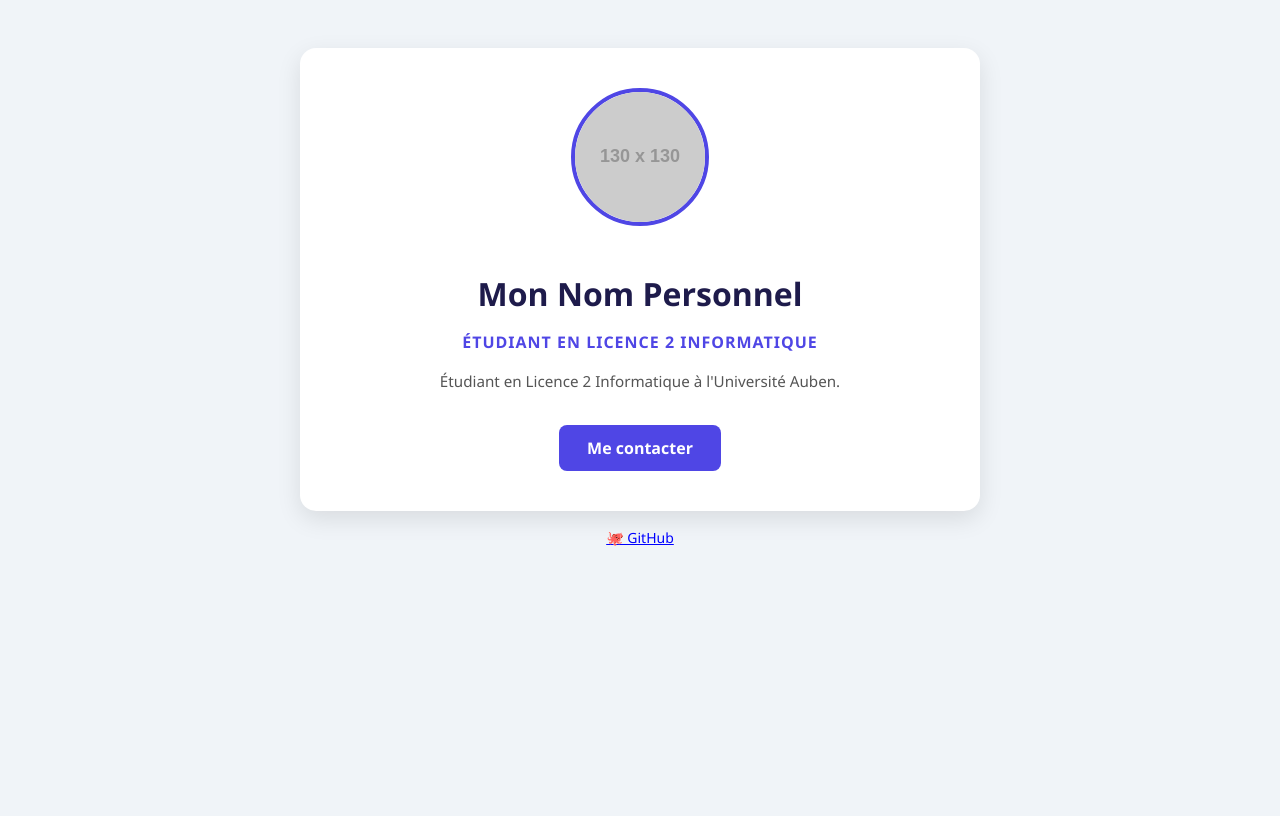
Repository: ernestnatama8-beep/carte-visite
Page: frontend/index.html
The author's editor kept a copy of each file at every save. The page is drawn from the files as they stood at one save, then again after the next save.
The browser window is 1280 px wide. The pictures show the whole page.

Above is the page before, as saved 2026-06-28 18:44:07.

After the next save:
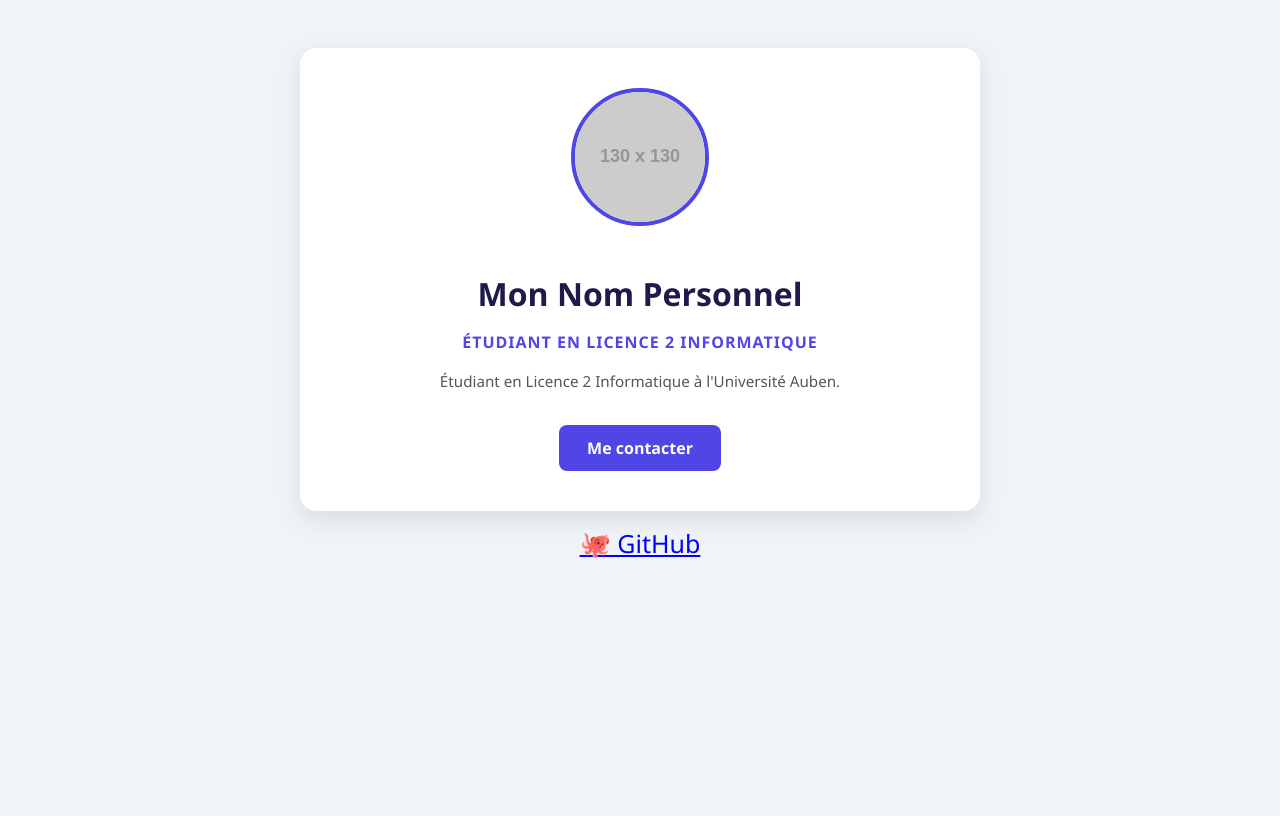
Saved 36 min 9 s later.
--- a/frontend/style.css
+++ b/frontend/style.css
@@ -93,5 +93,5 @@ h1 {
 .social a {
   text-decoration: underline;
   color: blue;
-  font-size: 14px;
+  font-size: 25px;
 }
